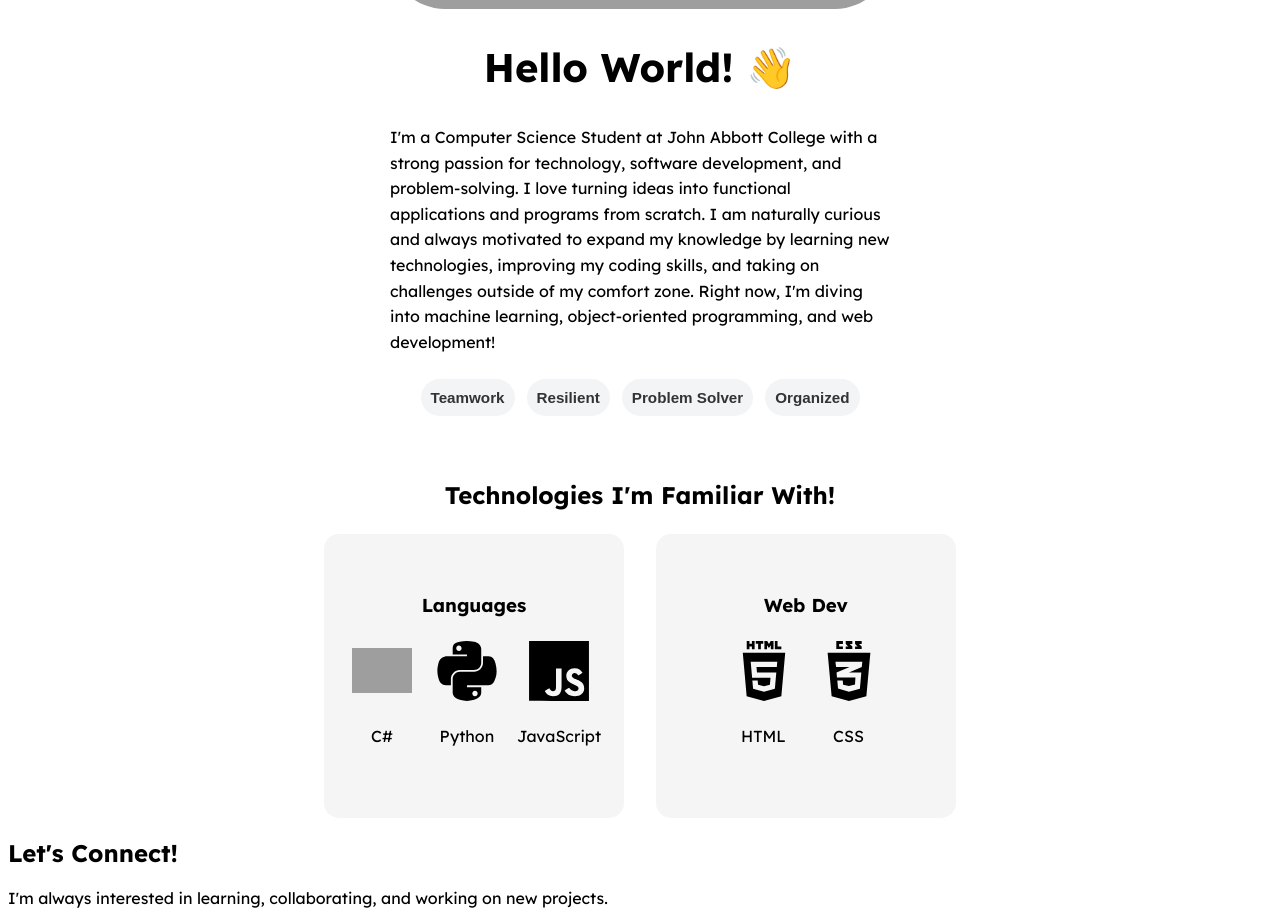
Repository: perrybalaba/perrybalaba
Page: index.html
An editor plug-in stored every save of this project. The page is shown before and after the next save, followed by the edit.
The browser window is 1280 px wide. The pictures show the part of the page from y = 823 to 1775 px (the page is 1747 px tall before and 1775 px after).
Pictures or frames that could not be fetched are drawn as grey boxes. Some web fonts or font styles are not loaded; a fallback is used.

Above is the page before, as saved 2026-05-13 20:16:20.

After the next save:
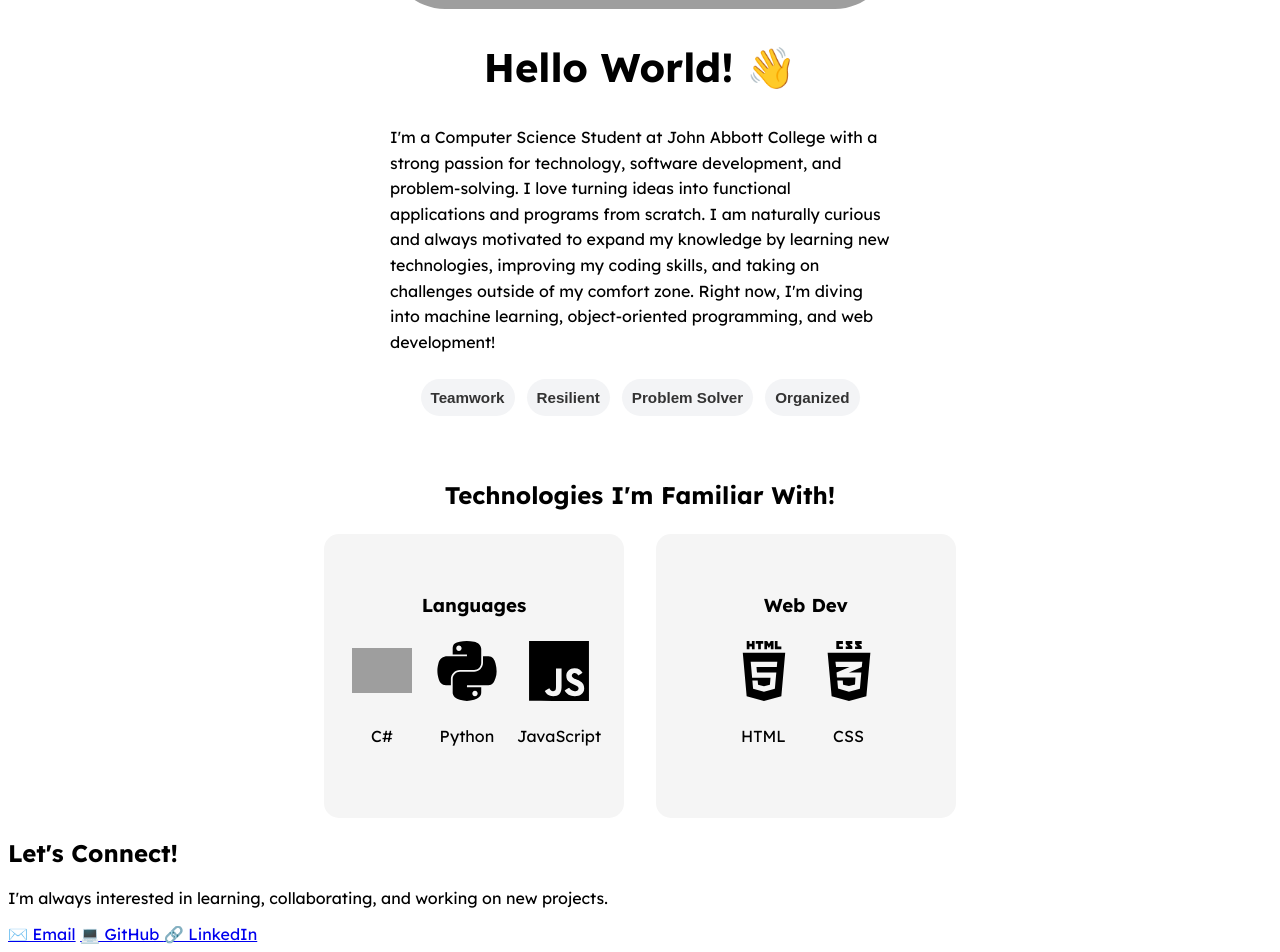
Saved 3 min 33 s later.
--- a/index.html
+++ b/index.html
@@ -105,7 +105,9 @@
                 </div>
 
                 <div class="Contact-Links">
-
+                    <a href="mailto:balabaperry@gmail.com"> ✉️ Email</a>
+                    <a href="https://github.com/perrybalaba"> 💻 GitHub </a>
+                    <a href="https://www.linkedin.com/in/ann-karen-balaba-46b839387/"> 🔗 LinkedIn</a>
                 </div>
             </div>
 
